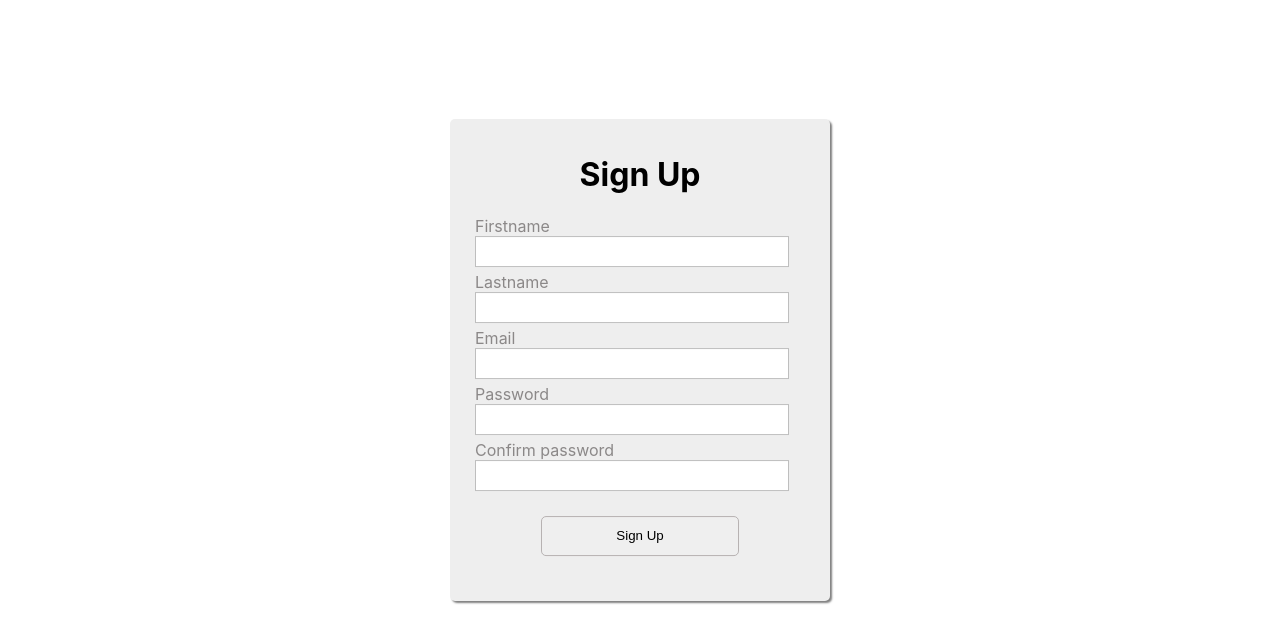
Repository: khamraeva/JSP-homework1-sighup
Page: /
These files come from the project's save history. The page is drawn as it stood at one moment and after a run of saves; the edit follows.
The browser window is 1280 px wide. The pictures show the whole page.
The project was rebuilt for these pictures with package versions that can differ from the ones it lists, and the page was loaded fresh each time.

Above is the page before, as saved 2020-07-22 17:31:21.

After the next 2 saves:
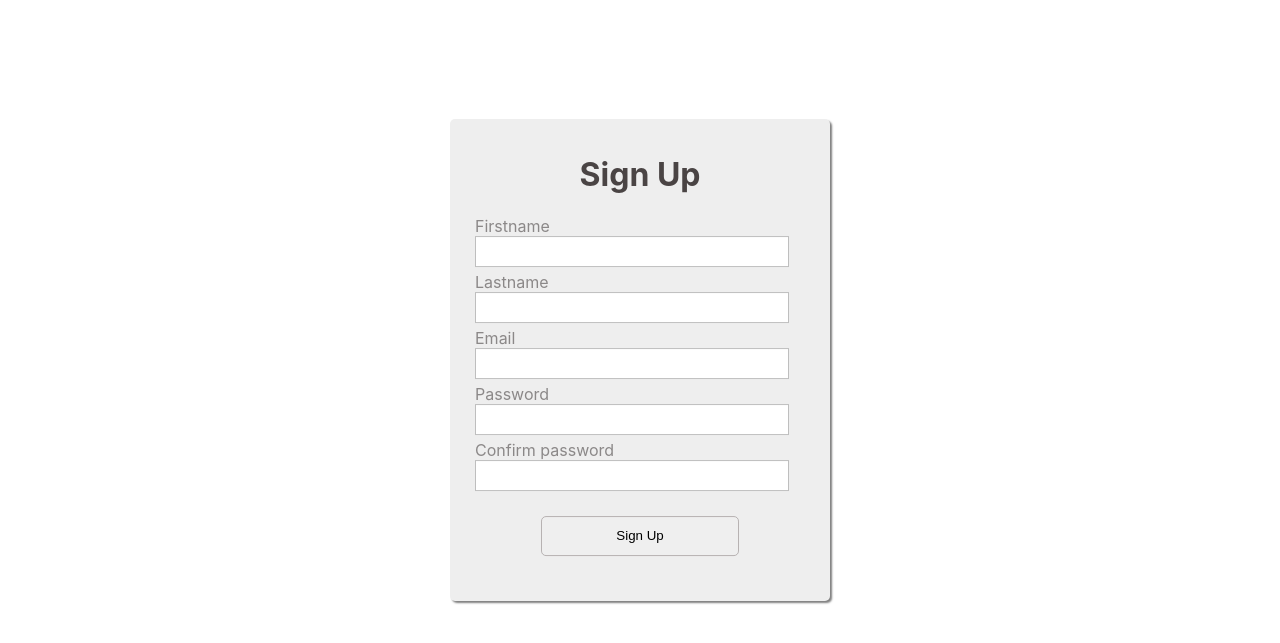
The 2 saves are shown as one change because they came seconds apart.
The last was saved 89 s later.
--- a/src/Components/SignUp/SignUp.css
+++ b/src/Components/SignUp/SignUp.css
@@ -12,6 +12,7 @@
 
 .signup-container h1 {
     text-align: center;
+    color: rgb(74, 68, 68);
 }
 
 .signup-form {
